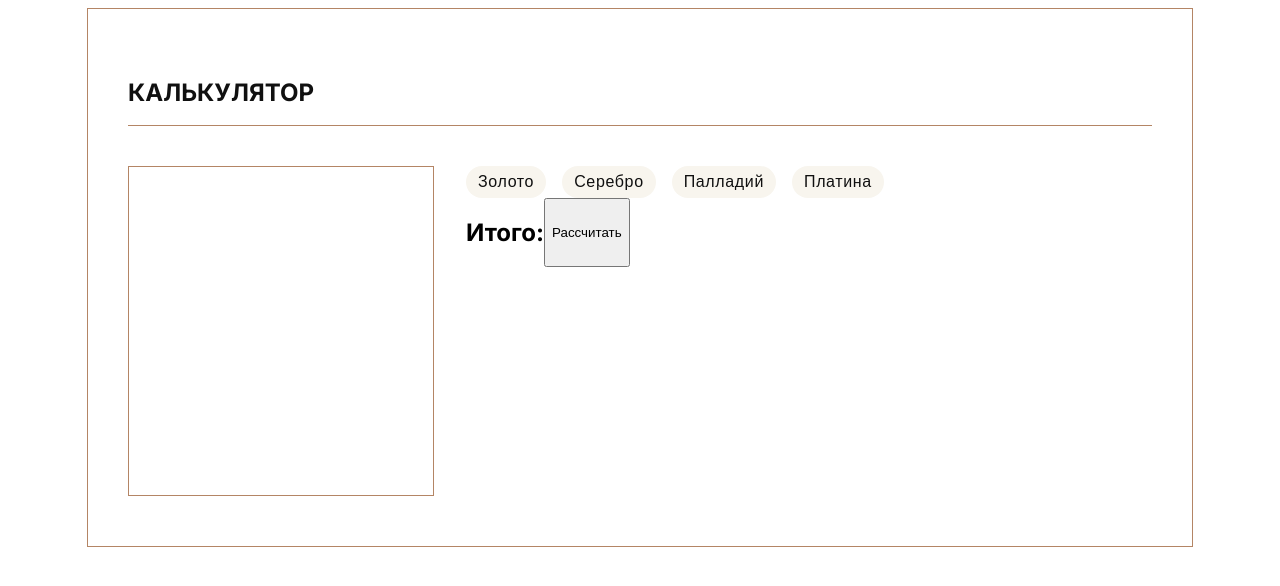
Repository: Kirill2034/Calculator-metal
Page: /
The author's editor kept a copy of each file at every save. The page is drawn from the files as they stood at one save, then again after the next save.
The browser window is 1280 px wide. The pictures show the whole page.
The project was rebuilt for these pictures with package versions that can differ from the ones it lists, and the page was loaded fresh each time.

Above is the page before, as saved 2021-11-27 18:36:56.

### public/index.html
<!DOCTYPE html>
<html lang="en">
  <head>
    <meta charset="utf-8" />
    <meta name="viewport" content="width=device-width, initial-scale=1" />

    <link rel="preconnect" href="https://fonts.googleapis.com">
    <link rel="preconnect" href="https://fonts.gstatic.com" crossorigin>
    <link href="https://fonts.googleapis.com/css2?family=Inter:wght@300;400;500;700&display=swap" rel="stylesheet">

    <title>Калькулятор</title>
  </head>
  <body>
    <div id="root"></div>
  </body>
</html>

### src/App.js
import React, { useState } from 'react';
import './App.css';
import {BtnRadio} from './components/BtnRadio';

const metals = [
  {
    id: 1,
    code: "gold",
    title: "Золото",
    finenessList: [
      {id: 1, value: 375, cash: 90, checkingAccount: 100},
      {id: 1, value: 575, cash: 190, checkingAccount: 250}
    ]
  },
  {
    id: 2,
    code: "argent",
    title: "Серебро",
    finenessList: [
      {id: 1, value: 375, cash: 90, checkingAccount: 100},
      {id: 1, value: 575, cash: 190, checkingAccount: 250}
    ]
  },
  {
    id: 3,
    code: "palladium",
    title: "Палладий",
    finenessList: [
      {id: 1, value: 375, cash: 90, checkingAccount: 100},
      {id: 1, value: 575, cash: 190, checkingAccount: 250}
    ]
  },
  {
    id: 4,
    code: "platinum",
    title: "Платина",
    finenessList: [
      {id: 1, value: 375, cash: 90, checkingAccount: 100},
      {id: 1, value: 575, cash: 190, checkingAccount: 250}
    ]
  },
]

const App = () => {

  const [selectedMetalId, setselectedMetalId] = useState(null);

  const onMetalItemClick = (id) => {
    setselectedMetalId(id);
  };

  return (
    <div className="App">
      <div className="title">
        <h2>Калькулятор</h2>
      </div>
      <div className="calculator">
        <div className="metal-image"></div>
        <div className="content">
          <div className="check-metal">
            {metals.map((metal) => (
            <BtnRadio
              key={metal.id}
              item={metal}
              selected={selectedMetalId === metal.id}
              onClick={onMetalItemClick}
              />
          ))}
          </div>
          <div className="select-prop-metal"></div>
          <div className="calculate">
            <h2>Итого:</h2>
            <button>Рассчитать</button>
          </div>
        </div>
      </div>
    </div>
  );
}

export default App;

### src/App.css
.App {width: 1024px; height: 537px; border: 1px solid #B48565; margin: 0 auto; font-family: 'Inter', sans-serif; padding: 0 40px;}
.App .title {border-bottom: 1px solid #B48565; text-transform: uppercase; font-weight: 900; font-size: 16px; line-height: 24px; color: #101010; margin-top: 72px; margin-bottom: 40px;}

.App .calculator {display: flex;}
.App .calculator .metal-image {width: 304px; height: 328px; border: 1px solid #B48565; margin-right: 32px;}
.App .calculator .calculate {display: flex;}

### src/components/BtnRadio/index.js
import BtnRadio from './BtnRadio.js';
export {BtnRadio};

### src/components/BtnRadio/BtnRadio.js
import React from 'react';
import './BtnRadio.css';
import cn from "classnames";

const BtnRadio = ({item, selected, onClick}) => {
    return (
        <button
            className={cn("BtnRadio", {selected})}
            onClick={() => onClick(item.id)}
        >{item.title}</button>
    )
}

export default BtnRadio;

### src/components/BtnRadio/BtnRadio.css
.BtnRadio {border: none; box-shadow: none; outline: none; background: #F8F5EE; border-radius: 100px; padding: 4px 12px; color: #101010; font-weight: normal; font-size: 16px; line-height: 24px; letter-spacing: 0.04em; margin-right: 16px;};
.BtnRadio:hover {border: 1px solid #B48565; cursor: pointer;}
.BtnRadio.selected {color: #F8F5EE; background: #B48565;}

Loaded but not shown: src/index.js (common file)

After the next save:
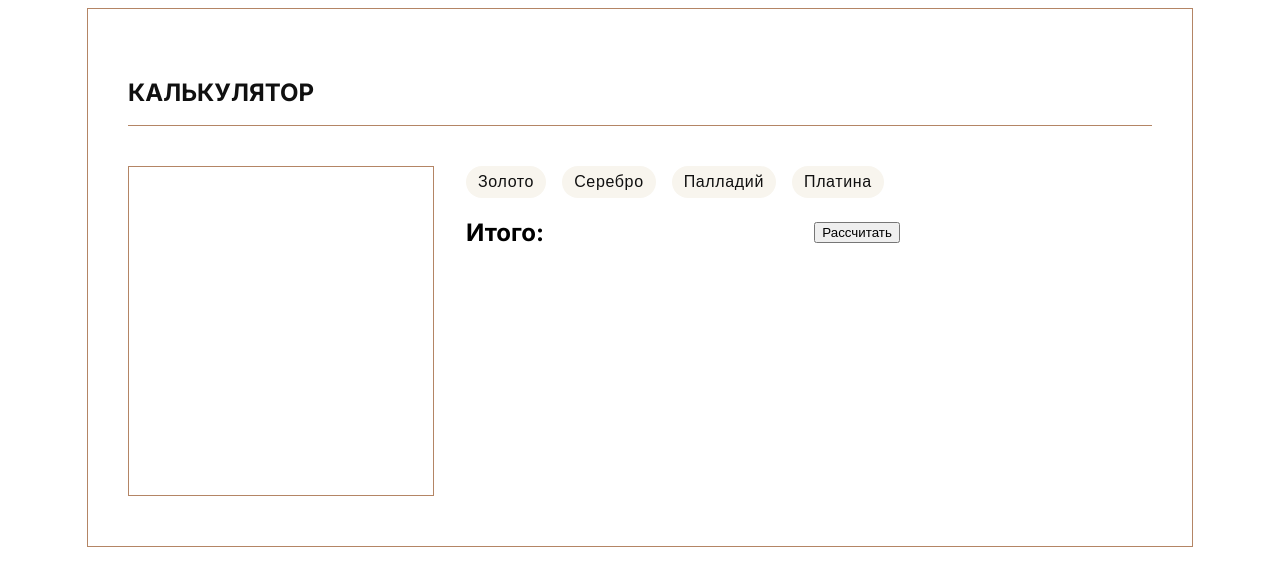
Saved 21 s later.
--- a/src/App.css
+++ b/src/App.css
@@ -3,4 +3,4 @@
 
 .App .calculator {display: flex;}
 .App .calculator .metal-image {width: 304px; height: 328px; border: 1px solid #B48565; margin-right: 32px;}
-.App .calculator .calculate {display: flex;}
+.App .calculator .calculate {display: flex; align-items: center; justify-content: space-between}
